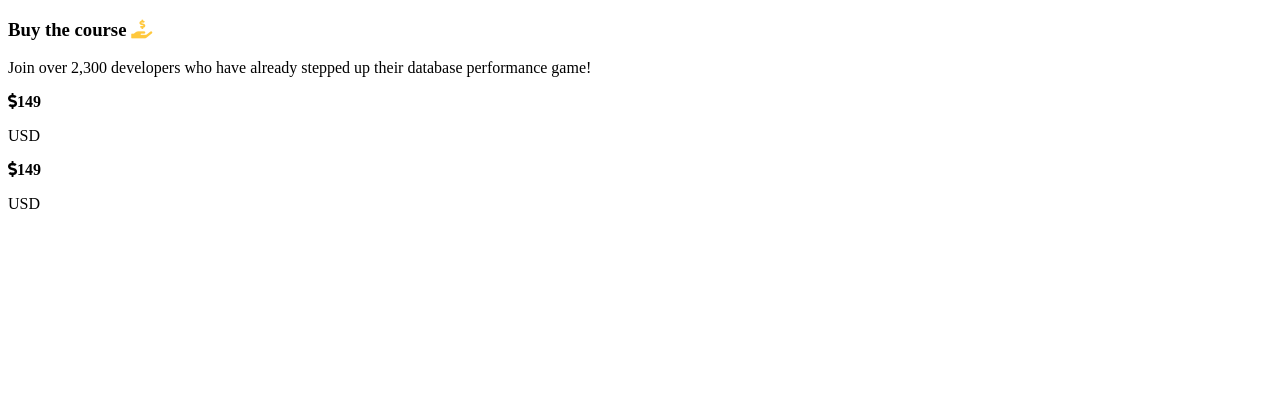
Repository: Z-ayat/Challenges
Page: Challenge 4/index.html
An editor plug-in stored every save of this project. The page is shown before and after the next save, followed by the edit.
The browser window is 1280 px wide. The pictures show the whole page.

Above is the page before, as saved 2021-09-07 00:21:11.

After the next save:
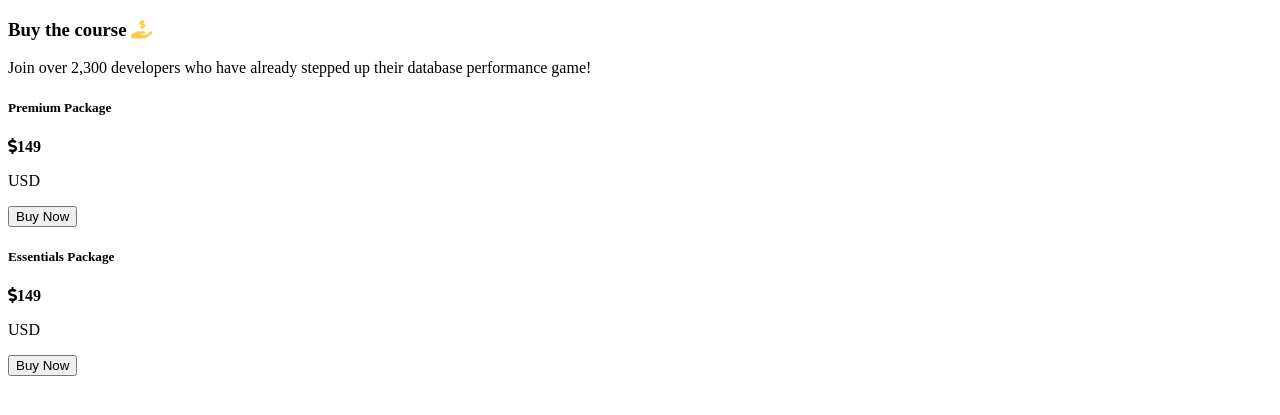
Saved 83 s later.
--- a/Challenge 4/index.html
+++ b/Challenge 4/index.html
@@ -18,6 +18,7 @@
             <p class="join">Join over 2,300 developers who have already stepped up their database performance game!</p>
         </div>
         <div class="prem-pack">
+            <h5>Premium Package</h5>
             <p class="specs"></p>
             <p class="specs"></p>
             <p class="specs"></p>
@@ -25,10 +26,13 @@
             <p class="specs"></p>
             <i class="fas fa-dollar-sign">149</i>
             <p class="usd">USD</p>
+            <button>Buy Now</button>
         </div>
         <div class="ess-pack">
+            <h5>Essentials Package</h5>
             <i class="fas fa-dollar-sign">149</i>
             <p class="usd">USD</p>
+            <button>Buy Now</button>
         </div>
     </div>
 </body>
